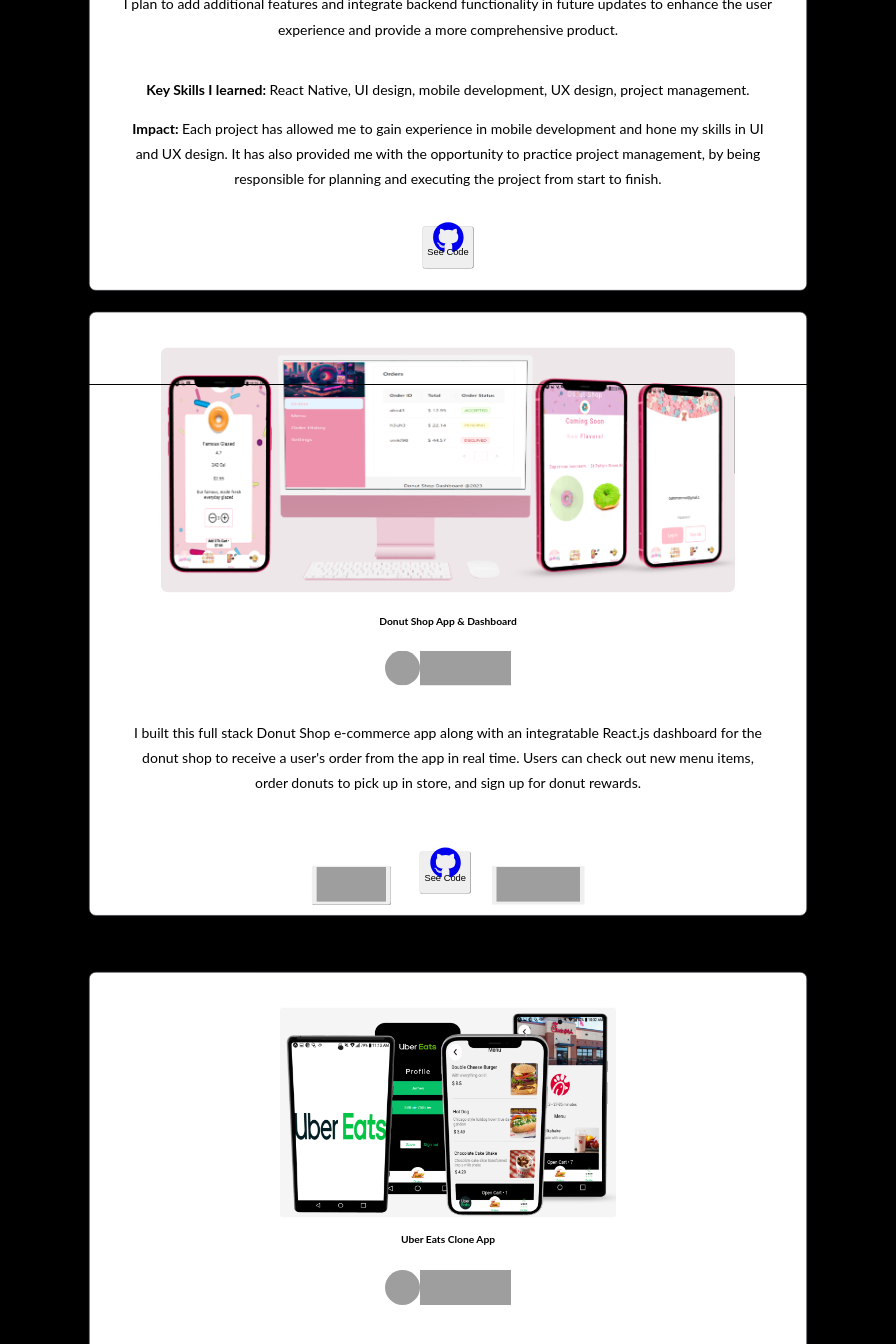
Repository: JamesPesenti/portfolio
Page: /
The author's editor kept a copy of each file at every save. The page is drawn from the files as they stood at one save, then again after the next save.
The browser window is 1280 px wide. The pictures show the part of the page from y = 2355 to 4275 px (the page is 6929 px tall), at 70% of full size.
Pictures or frames that could not be fetched are drawn as grey boxes. The project was rebuilt for these pictures with package versions that can differ from the ones it lists, and the page was loaded fresh each time. Imported but missing from the stored project, and not drawn on this page: src/Components/James Pesenti Resume 2023.pdf.

Above is the page before, as saved 2023-05-05 17:53:47.

### public/index.html
<!DOCTYPE html>
<html lang="en">
  <head>
    <meta charset="utf-8" />
    <link rel="" href="" />
    <meta name="viewport" content="width=device-width, initial-scale=1" />
    <meta name="theme-color" content="#000000" />
    <meta name="description" content="James Pesenti Portfolio 2022" />
    <link rel="apple-touch-icon" href="" />
    <link rel="manifest" href="%PUBLIC_URL%/manifest.json" />

    <title>Portfolio 2023</title>

  </head>
  <body>
    <div id="root"></div>
  </body>
</html>

### src/Components/Navbar.jsx
import React, {Component} from 'react'
import { FaGithub } from "react-icons/fa";
import { FaEnvelope } from "react-icons/fa";
import { FaFile } from "react-icons/fa";
import Pdf from "../Components/James Pesenti Resume 2023.pdf"


const Navbar = () => {
  return (
    <>
          <div className="navbar flex">
            <div className="container">
                <nav>
                  <ul style={{textAlign: "center", marginTop: 70, position: 'relative', left: 0, top: -2}}>
                    <li>
                      <a className="App-link"  href="mailto:jamespesenti91@gmail.com" target="_blank" rel="noopener noreferrer">
                      <FaEnvelope size={35} style={{display: "flex", textAlign: "center", marginLeft: 10}}/>
                          Contact
                      </a>
                    </li>
                    <li>
                      <a className="App-link" href="https://github.com/JamesPesenti" target="_blank" rel="noopener noreferrer">
                        <FaGithub size={35} style={{display: "flex", textAlign: "center", marginLeft: 10}} />
                        GitHub
                      </a>
                    </li>
                    <li>
                      <a className="App-link" href={Pdf} target="_blank" rel="noopener noreferrer">
                        <FaFile size={35} style={{display: "flex", textAlign: "center", marginLeft: 10}} />
                        Resume
                      </a>
                    </li>
                  </ul>
                </nav>
                {/* <h4 style={{color: "white", textAlign: 'center', marginBottom:-440}}>
                  See my work below and send a message to get in touch
                </h4> */}
            </div>
          </div>
    </>
  )
}

export default Navbar

### src/Components/AboutMe.jsx
import React from 'react'
import { FontAwesomeIcon } from '@fortawesome/react-fontawesome'
import { FaGithub } from "react-icons/fa";
import { FaMapPin } from "react-icons/fa";

const AboutMe = () => {
  return (
    <>

        <div style={{justifyContent: "center", textAlign: "center", color: "white", padding: 50,}}>
            {/* Spinning image  */}
            {/* <img style={{padding: 10, borderRadius: "50%", width: 200, height: 200,}} src="/images/IMG_1619.jpg" className="App-logo" alt="logo" /> */}
            <img style={{padding: 10, borderRadius: "50%", width: 200, height: 200,}} src="/images/IMG_1619.jpg" alt="logo" />
            <h1>I'm James Pesenti</h1>
            <h2>a Software Developer building mobile apps and websites</h2>
              <FaMapPin size={20} style={{position: "relative", top: 5, right: 65, }} />
              <h3 style={{marginTop: -24}}> Chicago, IL</h3>
        </div>

</>
  )
}

export default AboutMe

### src/Components/Scroll.jsx
import React from 'react'
import '../CSS/App.css';


const Scroll = () => {

  return (
    <>

        <div style={{marginBottom: 400, justifyContnent: 'center'}} id="section09" class="demo">
          <a href="#parallaxContainer">
            <span></span>
            Scroll down to see my work
          </a>
        </div>

    </>
  )
}

export default Scroll

### src/Components/MyProjects.jsx
import UberGoogleButton from "../Components/UberGoogleButton"
import AstonGoogleButton from "./AstonGoogleButton"
import AstonAppleButton from "./AstonAppleButton"
import BarceGoogleButton from "../Components/BarceGoogleButton"
import BarceAppleButton from "./BarceAppleButton"
import { FaGithub } from "react-icons/fa";

const MyProjects = () => {
  return (

  <>
    <div id="parallaxContainer">

    {/* Airbnb Clone */}
    <div style={{ justifyContent: 'center', alignItems: 'center',  width: "80%", borderRadius: 10}} className="box">
            <div>
                <img style={{ borderRadius: 10, marginTop: 50, marginBottom: -35, width: "48%", height: 350, transition: ".7s", }} src="images/mockrocket-capture (11).png" />
            </div>
            <h4 style={{textAlign: 'center'}}>Airbnb Clone App</h4>
                <div style={{flexDirection: "row", padding: 10, borderRadius: 10, marginBottom: -40,}}>
                  <img style={{width: 50, height: 50, borderRadius: 50}} src="https://i.pinimg.com/originals/8a/02/1a/8a021aa097236b42dd71fb731e3d894d.gif"/>
                  <img style={{width: 80, height: 50, }} src="https://www.datocms-assets.com/45470/1631026680-logo-react-native.png"  />
                  {/* <img style={{width: 50, height: 50, }} src="https://pbs.twimg.com/profile_images/1114309924551417856/FKA4cm2x_400x400.png"  /> */}
                </div>
            <p style={{fontSize: 20, textAlign: 'center', padding: 40, marginBottom: -50}}>I created a mobile app clone of the popular Airbnb platform using React Native. Currently, the project includes a functional UI that mimics the 2022 Airbnb interface, with features such as</p>
            <p style={{fontSize: 20, padding: 0, marginBottom: -10}}>&#8226; Google autocomplete search</p>
            <p style={{fontSize: 20, padding: 0, marginBottom: -10}}>&#8226; Property detail screens</p>
            <p style={{fontSize: 20,  padding: 0, marginBottom: -10}}>&#8226; Image carousel with pagination</p>
            <p style={{fontSize: 20, padding: 0}}> &#8226; Google Maps functionality to select an Airbnb on the map based on price.</p>
            <p style={{fontSize: 20, textAlign: 'center', padding: 0}}>I plan to add additional features and integrate backend functionality in future updates to enhance the user experience and provide a more comprehensive product.</p>
            <p style={{fontSize: 20, textAlign: 'center', padding: 30, marginBottom: -80}}><b> Key Skills I learned: </b>React Native, UI design, mobile development, UX design, project management.</p>
            <p style={{fontSize: 20, textAlign: 'center', padding: 50}}><b> Impact: </b> Each project has allowed me to gain experience in mobile development and hone my skills in UI and UX design. It has also provided me with the opportunity to practice project management, by being responsible for planning and executing the project from start to finish.</p>

            <div style={{flexDirection: "row"}}>
                {/* <UberGoogleButton  /> */}
                <button style={{marginTop: 10}} type="button" className="codeButton">
                  <a href="https://github.com/JamesPesenti/Airbnb" target="_blank" rel="noopener noreferrer">
                    <FaGithub  size={45} style={{ marginTop: -80, marginBottom: -25, justifyContent: "center", textAlign: "center"}} />
                  </a>
                  <p>See Code</p>
                </button>
                {/* <AstonAppleButton  /> */}
            </div>

        </div>


     {/* Donut Shop App */}
     <div style={{marginTop: 30, marginBottom: 20, justifyContent: 'center', alignItems: 'center',  width: "80%", borderRadius: 10}} className="box">
            <div>
                <img style={{ borderRadius: 10, marginTop: 50, width: "80%", height: 350, transition: ".7s", }} src="/images/appAndDashMock.png" />
            </div>
            <h4 style={{textAlign: 'center'}}>Donut Shop App & Dashboard</h4>
                <div style={{flexDirection: "row", padding: 10, borderRadius: 10, marginBottom: -40,}}>
                  <img style={{width: 50, height: 50, borderRadius: 50}} src="https://i.pinimg.com/originals/8a/02/1a/8a021aa097236b42dd71fb731e3d894d.gif"/>
                  <img style={{width: 80, height: 50, }} src="https://www.datocms-assets.com/45470/1631026680-logo-react-native.png"  />
                  <img style={{width: 50, height: 50, }} src="https://pbs.twimg.com/profile_images/1114309924551417856/FKA4cm2x_400x400.png"  />
                </div>
            <p style={{fontSize: 20,textAlign: 'center', padding: 50}}>I built this full stack Donut Shop e-commerce app along with an integratable React.js dashboard for the donut shop to receive a user's order from the app in real time. Users can check out new menu items, order donuts to pick up in store, and sign up for donut rewards.</p>

            <div style={{flexDirection: "row"}}>
                <UberGoogleButton  />
                <button style={{marginTop: 40}} type="button" className="codeButton">
                  <a href="https://github.com/JamesPesenti/Donut_Shop" target="_blank" rel="noopener noreferrer">
                    <FaGithub  size={45} style={{ marginTop: -80, marginBottom: -25, justifyContent: "center", textAlign: "center"}} />
                  </a>
                  <p>See Code</p>
                </button>
                <AstonAppleButton  />
            </div>

        </div>


    {/* Uber Eats App */}
    <div style={{marginTop: 80, marginBottom: 60, justifyContent: 'center', alignItems: 'center',  width: "80%", borderRadius: 10}} className="box">
            <div className="imgWrapper" style={{width: 480, height: 350}}>
                <img style={{ borderRadius: 5, marginTop: 50, width: "100%", height: 300, transition: ".7s", }} src="/images/UberEatsLast.png" />
            </div>
            <h4 style={{textAlign: 'center'}}>Uber Eats Clone App</h4>
                <div style={{flexDirection: "row", padding: 10, borderRadius: 10, marginBottom: -40,}}>
                  <img style={{width: 50, height: 50, borderRadius: 50}} src="https://i.pinimg.com/originals/8a/02/1a/8a021aa097236b42dd71fb731e3d894d.gif"/>
                  <img style={{width: 80, height: 50, }} src="https://www.datocms-assets.com/45470/1631026680-logo-react-native.png"  />
                  <img style={{width: 50, height: 50, }} src="https://pbs.twimg.com/profile_images/1114309924551417856/FKA4cm2x_400x400.png" />
                </div>
            <p style={{fontSize: 20,textAlign: 'center', padding: 50}}>A full stack React Native app inspired by the UberEats user app. I utilized AWS Amplify's datastore to configure the back-end to query and save customer's orders and used Amazon Cognito for user registration, authentication, & account recovery.</p>

            <div style={{flexDirection: "row"}}>
                <UberGoogleButton  />
                <button style={{marginTop: 40}} type="button" className="codeButton">
                  <a href="https://github.com/JamesPesenti/UberEatsClone" target="_blank" rel="noopener noreferrer">
                    <FaGithub  size={45} style={{ marginTop: -80, marginBottom: -20, justifyContent: "center", textAlign: "center"}} />
                  </a>
                  <p>See Code</p>
                </button>
                <AstonAppleButton  />
            </div>

        </div>


     {/* Aston Waikiki App */}
       <div style={{marginTop: 80, marginBottom: 120, justifyContent: 'center', alignItems: 'center',  width: "80%", borderRadius: 10}} className="box">
            <div className="imgWrapper" style={{width: 450, height: 350}}>
                <img style={{ marginTop: 50, width: "100%", height: "auto", transition: ".7s", }} src="/images/astonmock.png" />
            </div>
            <h4 style={{textAlign: 'center'}}>Aston Waikiki Hotel UI</h4>
                <div style={{flexDirection: "row", padding: 10, borderRadius: 10, marginBottom: -40,}}>
                  <img style={{width: 50, height: 50, borderRadius: 50}} src="https://i.pinimg.com/originals/8a/02/1a/8a021aa097236b42dd71fb731e3d894d.gif"/>
                  <img style={{width: 80, height: 50, }} src="https://www.datocms-assets.com/45470/1631026680-logo-react-native.png"  />
                </div>
            <p style={{fontSize: 20,textAlign: 'center', padding: 50}}>A React Native UI design I created to reimagine the hotel Aston Waikiki Beach's website into a cross platform mobile app. I used most of the content and images from the current website and utilized both Bottom Tabs, Drawer navigation and other React Native libraries for a better user experience.</p>

            <div style={{flexDirection: "row"}}>
                <AstonGoogleButton  />
                <button style={{marginTop: 40}} type="button" className="codeButton">
                        <a href="https://github.com/JamesPesenti/AstonWaikikiBeachApp" target="_blank" rel="noopener noreferrer">
                            <FaGithub  size={45} style={{ marginTop: -80, marginBottom: -20, justifyContent: "center", textAlign: "center"}} />
                        </a>
                        <p>See Code</p>
                </button>
                <AstonAppleButton  />
            </div>

        </div>


    {/* Barcelona App */}
       <div style={{marginTop: 20, marginBottom: 120, justifyContent: 'center', alignItems: 'center',  width: "80%", borderRadius: 10}} className="box">
            <div className="imgWrapper" style={{width: 650, height: 300}}>
                <img style={{ marginTop: 30, width: "100%", height: 250, transition: ".7s", }} src="/images/barcelonamockup.png" />
            </div>
            <h4 style={{textAlign: 'center'}}>Barcelona Tourist App</h4>
                <div style={{flexDirection: "row", padding: 10, borderRadius: 10, marginBottom: -20,}}>
                <img style={{width: 80, height: 50,}} src="https://www.datocms-assets.com/45470/1631026680-logo-react-native.png"  />
                <img style={{width: 50, height: 50, borderRadius: 50}} src="https://i.pinimg.com/originals/8a/02/1a/8a021aa097236b42dd71fb731e3d894d.gif"/>
                </div>
            <p style={{fontSize: 20, textAlign: 'center', padding: 50}}>I created this React Native app for visitors of Barcelona Spain to save pictures and locations of their favorite places. I used pop-up modals for users to quickly get information on popular sights and used geolocation with google maps so users can save their location and select it on the map.</p>

            <div style={{flexDirection: "row"}}>
               <BarceAppleButton  />
                <button style={{marginTop: 40}} type="button" className="codeButton">
                        <a href="https://github.com/JamesPesenti/BarcelonaApp" target="_blank" rel="noopener noreferrer">
                            <FaGithub  size={45} style={{ marginTop: -80, marginBottom: -20, justifyContent: "center", textAlign: "center"}} />
                        </a>
                        <p>See Code</p>
                </button>
                <BarceGoogleButton  />
            </div>

        </div>

    {/* IAR React App */}
        {/* <div style={{marginBottom: 0, justifyContent: 'center', alignItems: 'center',  width: "80%", borderRadius: 10}} className="box">
            <img style={{ width: 600, height: 350, borderRadius: 10, borderWidth: 2, borderColor: "green"}} src="/images/innermock.png" />
            <h4 style={{textAlign: 'center'}}>Inner Aura Readings Website</h4>
            <div style={{flexDirection: "row", padding: 10, borderRadius: 10}}>
                <img src="https://www.logo.wine/a/logo/React_(web_framework)/React_(web_framework)-Logo.wine.svg" style={{width: 100, height: 50,}} />
                <img className="logoBox" src="https://cdn.pixabay.com/photo/2017/08/05/11/16/logo-2582747_1280.png" style={{width: 50, height: 50,}} />
            </div>
            <p style={{fontSize: 20, textAlign: 'center', padding: 50}}>This was the first official React.js web app that I developed. I made it for a friend who wanted to reach more customers with a mobile friendly website. I made multiple iterations and converted it into a PWA for offline operability with native like performance. </p>
            <button style={{marginTop: 0}} type="button" className="codeButton">
                        <a href="https://github.com/JamesPesenti/InnerAuraReadings2022" target="_blank" rel="noopener noreferrer">
                            <FaGithub  size={45} style={{ marginTop: -80, marginBottom: -20, justifyContent: "center", textAlign: "center"}} />
                        </a>
                        <p>See Code</p>
            </button>

        </div> */}


{/* REapp */}
        {/* <div style={{marginBottom: 100, justifyContent: 'center', alignItems: 'center',  width: "80%", borderRadius: 10,}} className="box">
        <img style={{marginTop: 50, width: 800, height: 350, borderRadius: 10, borderWidth: 2, borderColor: "green"}} src="/images/remockup.png" />
            <h4 style={{textAlign: 'center'}}>Real Estate Listing Website </h4>
            <div style={{flexDirection: "row", padding: 10, borderRadius: 10}}>
                <img src="https://www.logo.wine/a/logo/React_(web_framework)/React_(web_framework)-Logo.wine.svg" style={{width: 100, height: 50,}} />
                <img src="https://img.icons8.com/color/480/cloud-firestore.png" style={{width: 50, height: 50,}} />
                <img src="https://raw.githubusercontent.com/JamesPesenti/RealEstateApp/16b046b3d34b4a26468627e906dc503be8911b73/src/assets/svg/googleIcon.svg" style={{marginBottom: 8, width: 100, height: 30,}} />
            </div>
            <p style={{fontSize: 20, textAlign: 'center', padding: 50}}>Real Estate listing website built with React, FireStore database and Google OAuth to sign in with a google account. You can search listings for rent/sale and login to your account to create a listing and save offers. Inspiration and back-end code taken from Brad Traversey's React course I took on Udemy.</p>
            <button style={{marginTop: 40}} type="button" className="codeButton">
                        <a href="https://github.com/JamesPesenti/RealEstateApp" target="_blank" rel="noopener noreferrer">
                            <FaGithub  size={45} style={{ marginTop: -80, marginBottom: -20, justifyContent: "center", textAlign: "center"}} />
                        </a>
                        <p>See Code</p>
            </button>
        </div> */}

    </div>


    </>
  )
}

export default MyProjects

### src/Components/UberGoogleButton.jsx
import React from 'react'


const UberGoogleButton = () => {
  return (
    <>
    <button type="button" style={{marginRight: 40, borderWidth: .1, borderColor: '#efefef', borderRadius: 5}}>
        <a href="https://expo.dev/accounts/jimpesenti/projects/UberEats/builds/b9dfcb73-dd37-4009-b5f9-7d24a72b937d">
            <img style={{width: 100, height: 50, borderRadius: 0}} src="https://logos-world.net/wp-content/uploads/2020/12/Google-Play-Logo-500x281.png"/>
        </a>
    </button>
    </>
  )
}

export default UberGoogleButton

### src/Components/AstonGoogleButton.jsx
import React from 'react'


const AstonGoogleButton = () => {
  return (
    <>
    <button type="button" style={{marginRight: 40, borderWidth: .1, borderColor: '#efefef', borderRadius: 5}}>
        <a href="https://play.google.com/store/apps/details?id=com.jamespesenti91.astonwaikikibeach">
            <img style={{width: 100, height: 50, borderRadius: 0}} src="https://logos-world.net/wp-content/uploads/2020/12/Google-Play-Logo-500x281.png"/>
        </a>
    </button>
    </>
  )
}

export default AstonGoogleButton

### src/Components/AstonAppleButton.jsx
import React from 'react'

const AstonAppleButton = () => {
  return (
    <>
    <button type="submit" style={{marginLeft: 30, borderWidth: 0,}}  >
        <a href="">
            <img style={{width: 120, height: 50, borderRadius: 0}} src="https://images.squarespace-cdn.com/content/v1/5b549a7f3c3a53487c250f58/1597439116255-P7ME5MNOIWQLJS1X4CPP/Apple+App+Store+Logo+Button.png"/>
        </a>
    </button>
    </>
  )
}

export default AstonAppleButton

### src/Components/BarceGoogleButton.jsx
import React from 'react'


const BarceGoogleButton = () => {
  return (
    <>
    <button type="button" style={{marginLeft: 30, borderWidth: .1, borderColor: '#efefef', borderRadius: 5}}>
        <a href="https://play.google.com/store/apps/details?id=com.jamespesenti91.VisitBarcelona">
            <img style={{width: 100, height: 50, borderRadius: 0}} src="https://logos-world.net/wp-content/uploads/2020/12/Google-Play-Logo-500x281.png" alt="barceButton"/>
        </a>
    </button>
    </>
  )
}

export default BarceGoogleButton

### src/Components/BarceAppleButton.jsx
import React from 'react'

const BarceAppleButton = () => {
  return (
    <>
    <button type="submit" style={{marginRight: 30, borderWidth: 0,}}  >
        <a href="">
            <img style={{width: 120, height: 50, borderRadius: 0}} src="https://images.squarespace-cdn.com/content/v1/5b549a7f3c3a53487c250f58/1597439116255-P7ME5MNOIWQLJS1X4CPP/Apple+App+Store+Logo+Button.png"/>
        </a>
    </button>
    </>
  )
}

export default BarceAppleButton

Loaded but not shown: src/index.js (common file); src/reportWebVitals.js (common file); src/serviceWorkerRegistration.js (137 lines, source omitted); src/App.js (33 lines, source omitted); src/CSS/App.css (351 lines, source omitted); src/CSS/index.css (197 lines, source omitted)

After the next save:
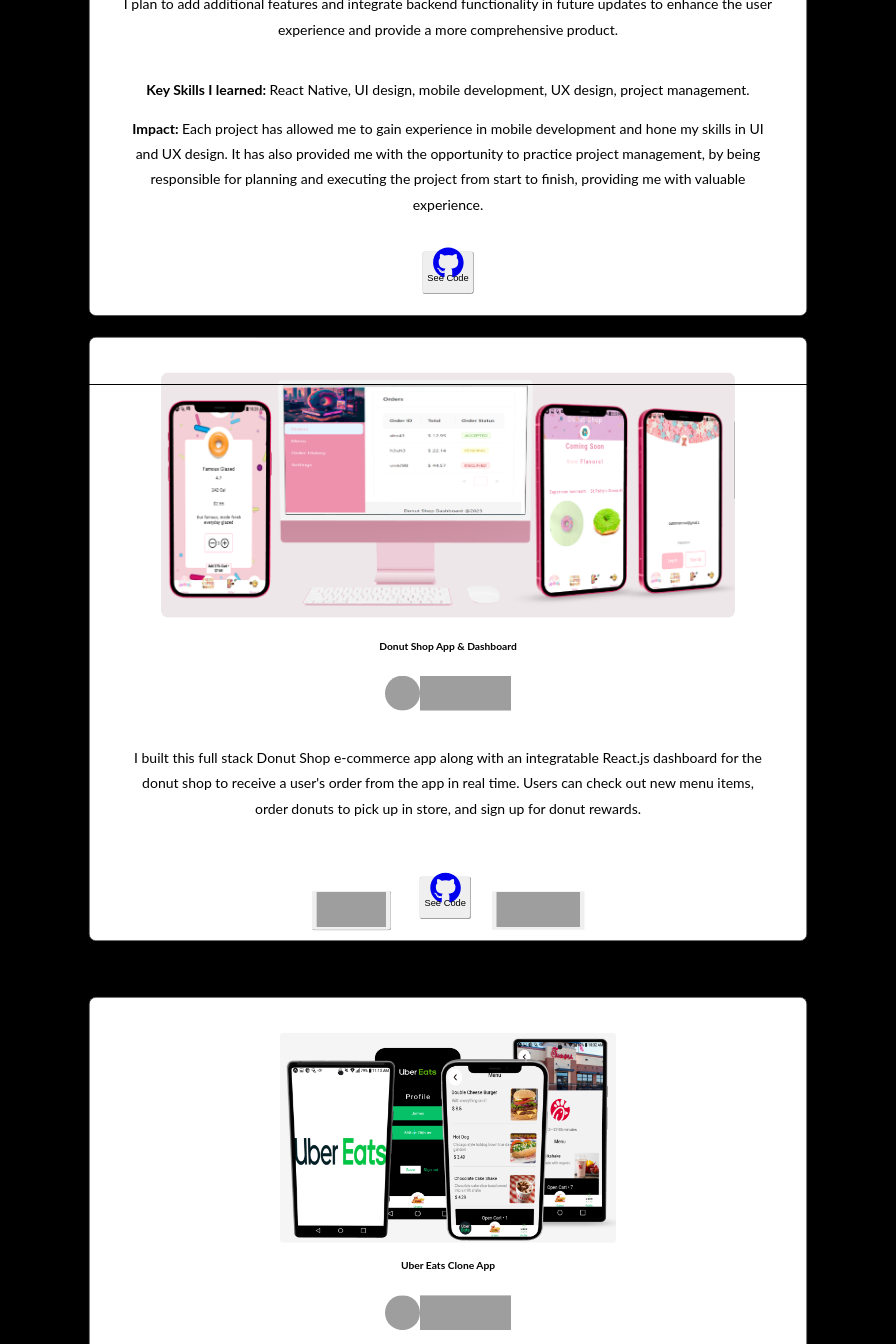
Saved 3 min 10 s later.
--- a/src/Components/MyProjects.jsx
+++ b/src/Components/MyProjects.jsx
@@ -29,7 +29,7 @@
             <p style={{fontSize: 20, padding: 0}}> &#8226; Google Maps functionality to select an Airbnb on the map based on price.</p>
             <p style={{fontSize: 20, textAlign: 'center', padding: 0}}>I plan to add additional features and integrate backend functionality in future updates to enhance the user experience and provide a more comprehensive product.</p>
             <p style={{fontSize: 20, textAlign: 'center', padding: 30, marginBottom: -80}}><b> Key Skills I learned: </b>React Native, UI design, mobile development, UX design, project management.</p>
-            <p style={{fontSize: 20, textAlign: 'center', padding: 50}}><b> Impact: </b> Each project has allowed me to gain experience in mobile development and hone my skills in UI and UX design. It has also provided me with the opportunity to practice project management, by being responsible for planning and executing the project from start to finish.</p>
+            <p style={{fontSize: 20, textAlign: 'center', padding: 50}}><b> Impact: </b> Each project has allowed me to gain experience in mobile development and hone my skills in UI and UX design. It has also provided me with the opportunity to practice project management, by being responsible for planning and executing the project from start to finish, providing me with valuable experience.</p>
 
             <div style={{flexDirection: "row"}}>
                 {/* <UberGoogleButton  /> */}
